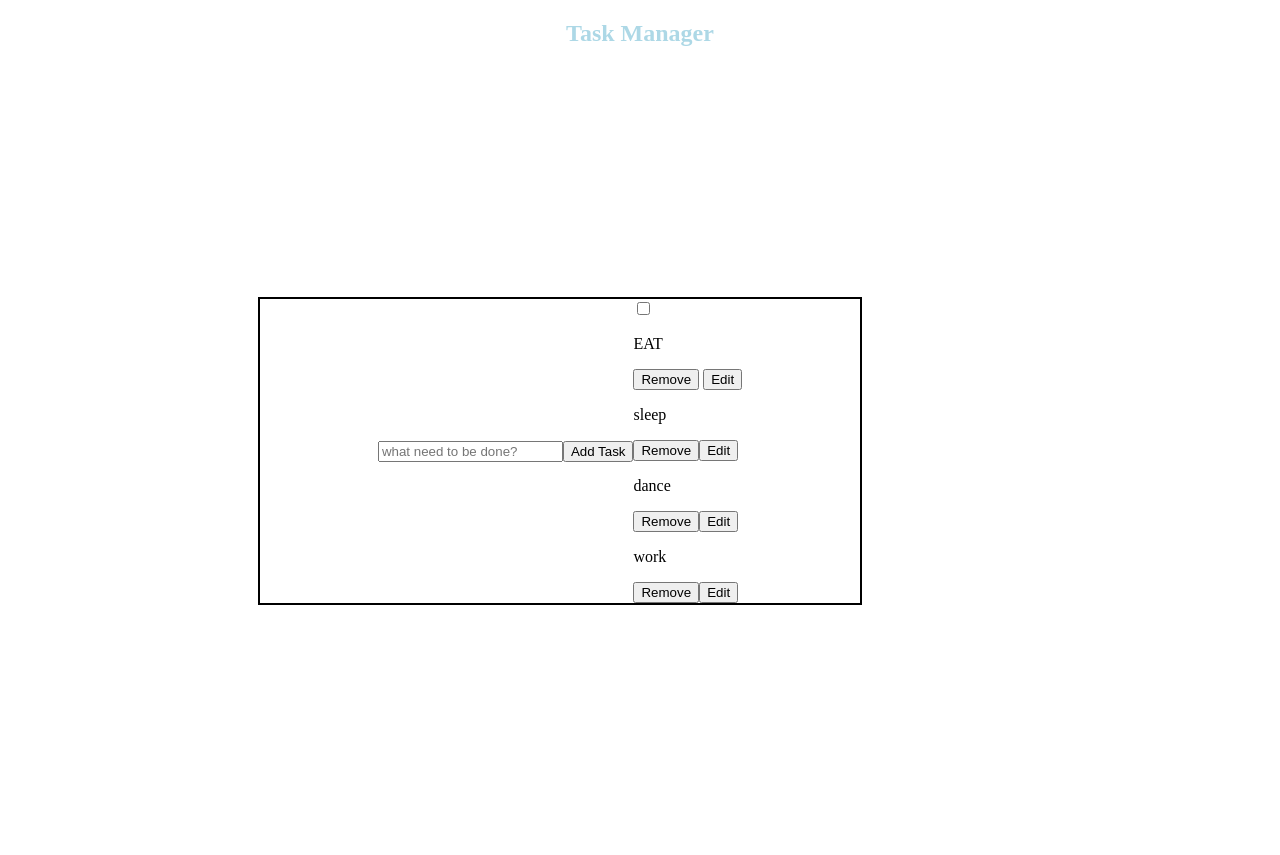
Repository: sristigupta04/basic-js-project
Page: todo app/title.html
These files come from the project's save history. The page is drawn as it stood at one moment and after the next save; the edit follows.
The browser window is 1280 px wide. The pictures show the whole page.

Above is the page before, as saved 2025-10-28 17:53:56.

After the next save:
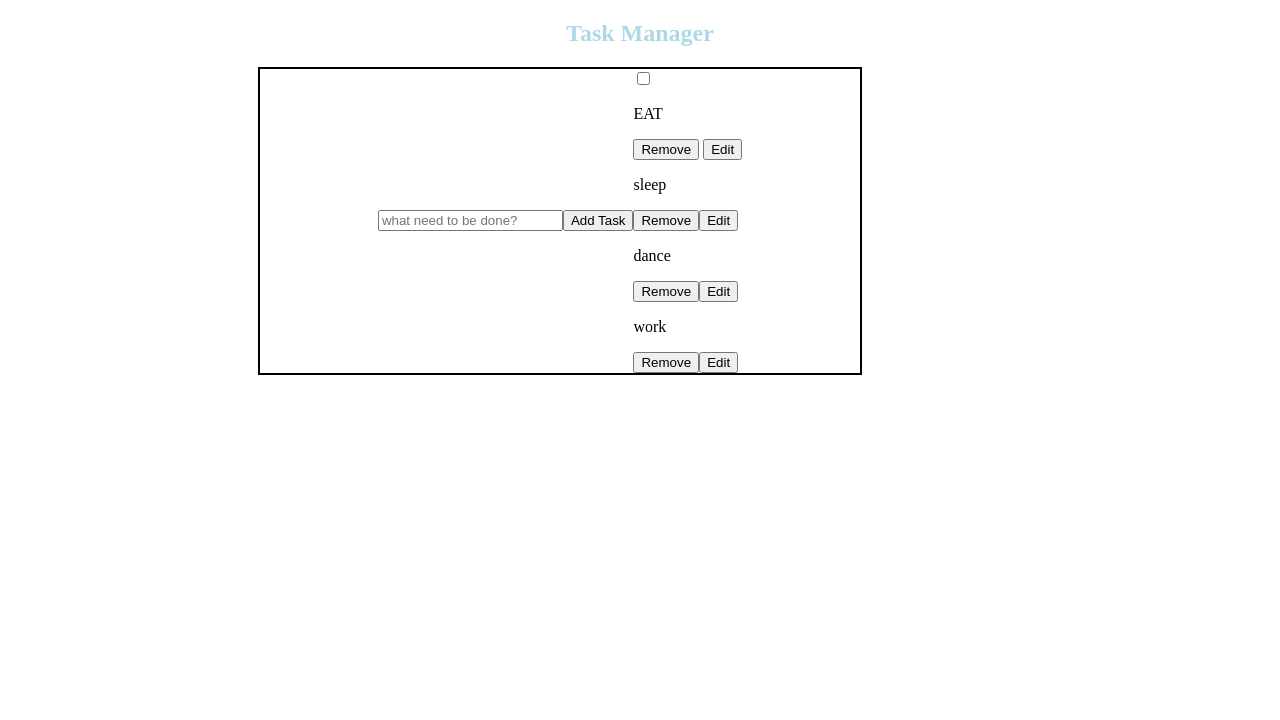
Saved 10 s later.
--- a/todo app/title.css
+++ b/todo app/title.css
@@ -19,6 +19,6 @@ display: flex;
       display: flex;
     justify-content: center;
     align-items: center;
-    margin:250px;
+    margin-left:250px;
 
 }
